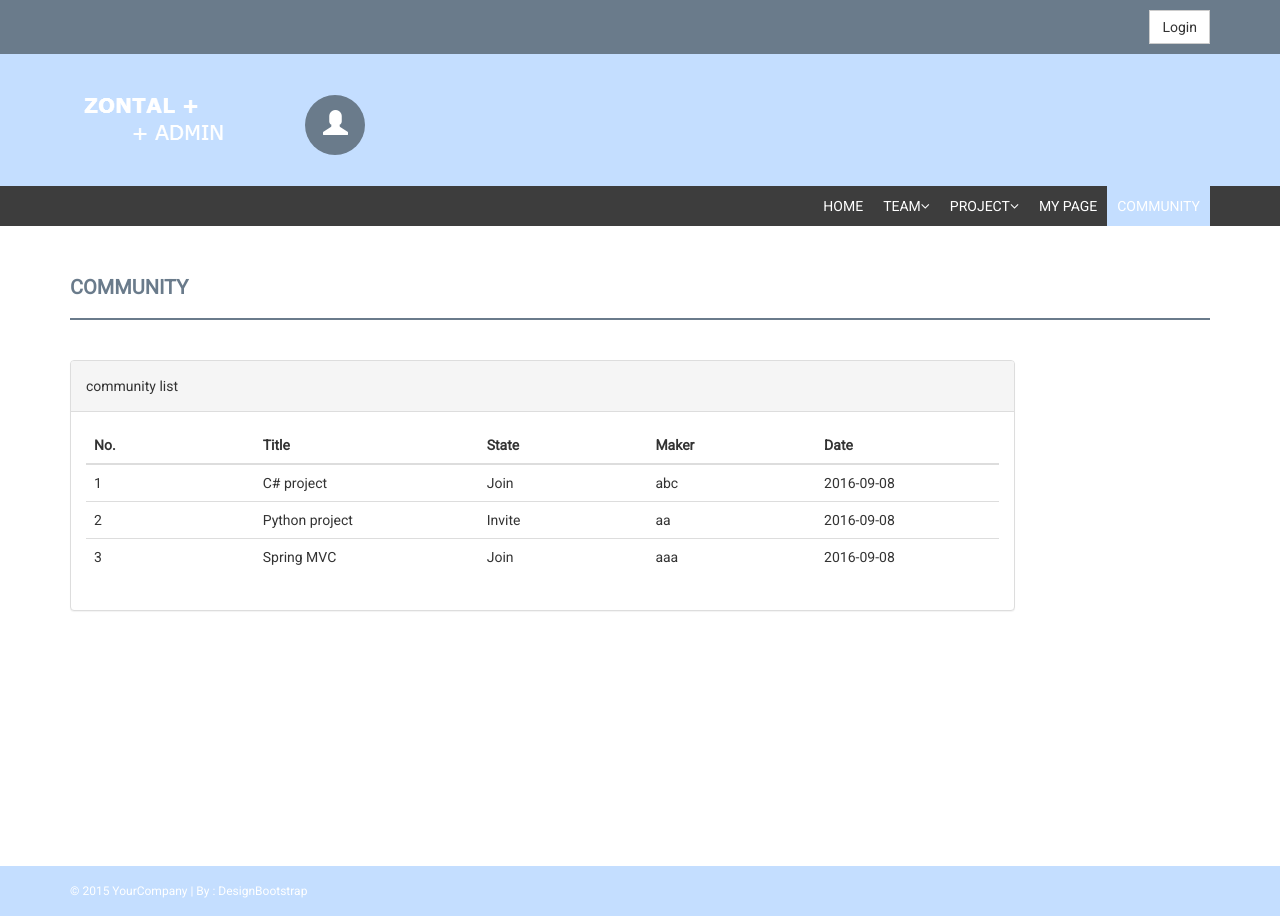
Repository: hwju91/skuniv
Page: http://localhost/0903.2/WEB-INF/jsp/community/communityselect.jsp
An editor plug-in stored every save of this project. The page is shown before and after the next save, followed by the edit.
The browser window is 1280 px wide. The pictures show the whole page.
The page is served by Tomcat 9. Nobody is signed in. The template is opened directly, without the code that normally fills it, so the values that code supplies are empty.

Above is the page before, as saved 2016-09-08 12:10:09.

After the next save:
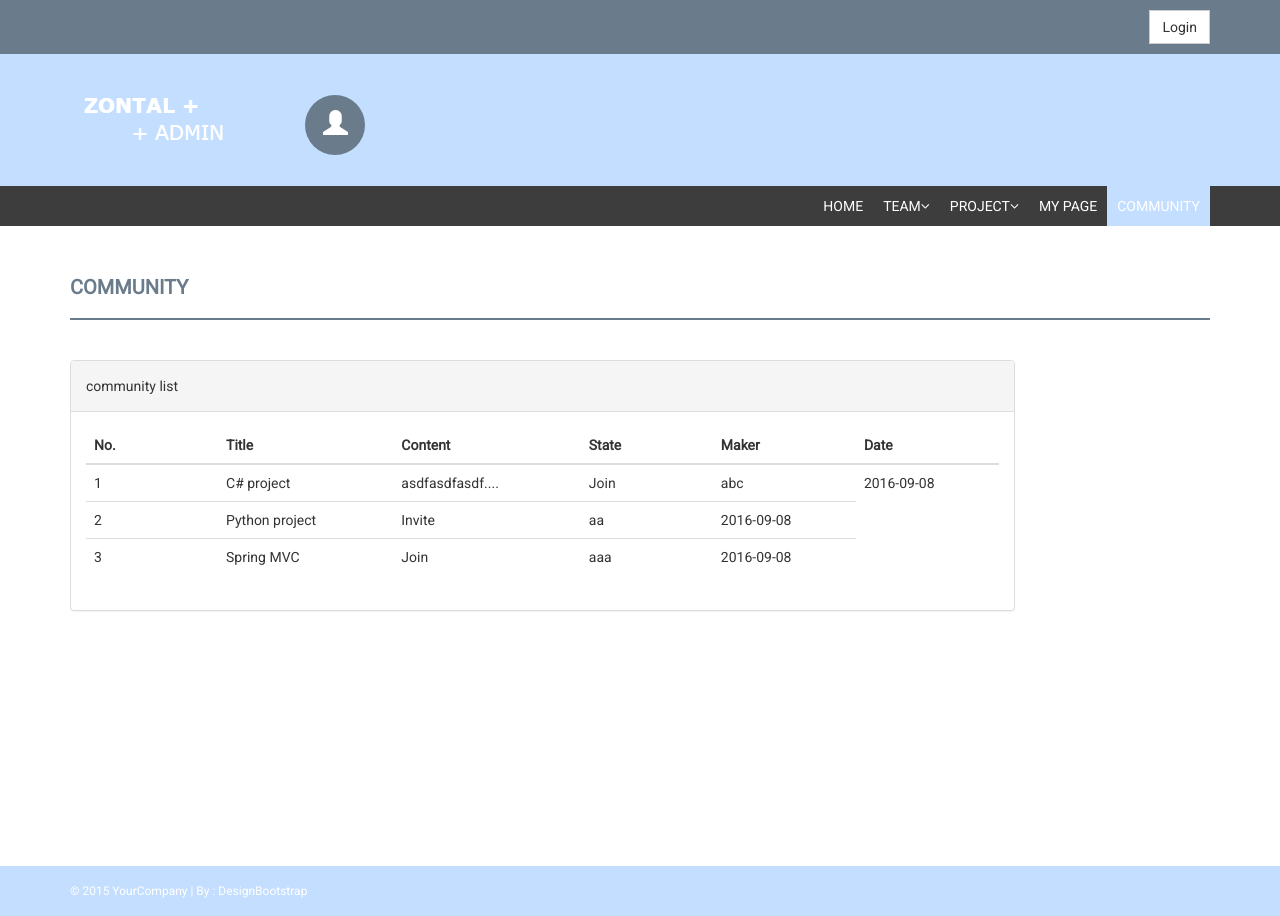
Saved 61 s later.
--- a/0903.2/WebContent/WEB-INF/jsp/community/communityselect.jsp
+++ b/0903.2/WebContent/WEB-INF/jsp/community/communityselect.jsp
@@ -24,6 +24,7 @@
                                         <tr>
                                             <th>No.</th>
                                             <th>Title</th>
+                                            <th>Content</th>
                                             <th>State</th>
                                             <th>Maker</th>
                                             <th>Date</th>
@@ -34,6 +35,7 @@
                                         <tr>
                                             <td>1</td>
                                             <td>C# project</td>
+                                            <td>asdfasdfasdf....</td>
                                             <td>Join</td>
                                             <td>abc</td>
                                             <td>2016-09-08</td>
